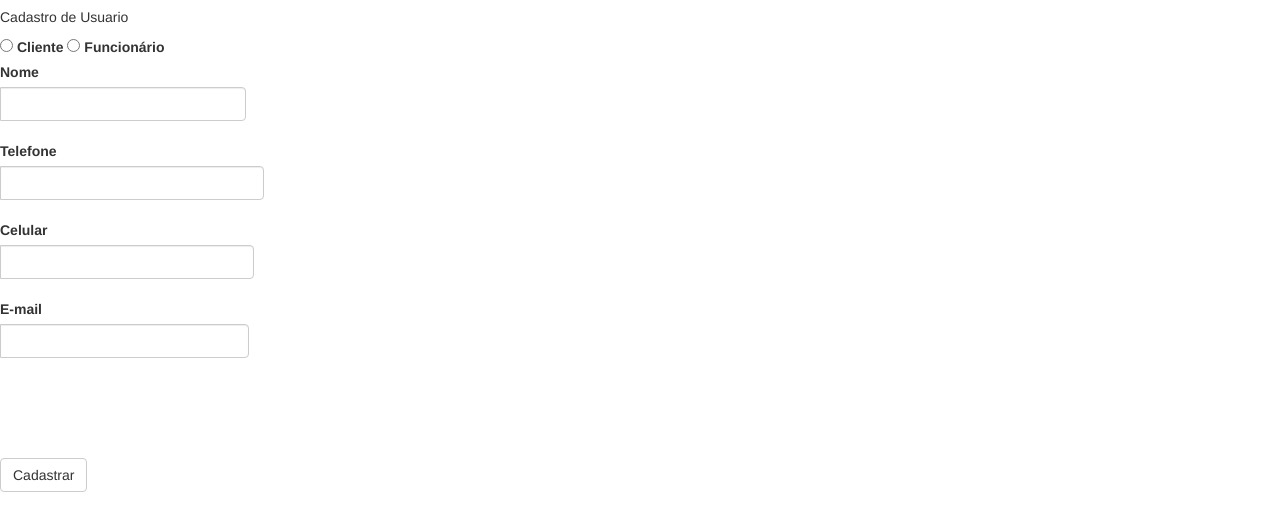
Repository: cadupedrassani/CursoDeJava
Page: Avaliação/BaseAPI/WebApp/src/main/webapp/usuario/cadastro.html
An editor plug-in stored every save of this project. The page is shown before and after the next save, followed by the edit.
The browser window is 1280 px wide. The pictures show the whole page.
The page's requests for data from a server got no answer.

Above is the page before, as saved 2016-12-07 18:50:40.

### Avaliação/BaseAPI/WebApp/src/main/webapp/usuario/cadastro.html
<!DOCTYPE html>
<html>
<head>
<meta charset="UTF-8">
<title>Insert title here</title>
<link rel="stylesheet" href="/WebApp/resources/css/bootstrap.min.css">
</head>
<body>
<div>
	<h5>Cadastro de Usuario</h5>
</div>

<div>
<label>
	<input type="radio"
			name="tipo-usuario"
			value="0"
			onchange="abilitarParaAparecer()"> Cliente
</label>
<label>
	<input type="radio"
			name="tipo-usuario"
			value="1"
			onchange="abilitarParaAparecer()"> Funcionário
</label>
</div>

<div class="input-group">
	<label>Nome</label>
	<input id="nome-usuario"
	       type="text"
	       class="form-control"></input>
</div>
</br>

<div class="input-group">
	<label>Telefone</label>
	<input id="telefone-usuario"
	       type="text"
	       class="form-control"></input>
</div>
</br>

<div class="input-group">
	<label>Celular</label>
	<input id="celular-usuario"
	       type="text"
	       class="form-control"></input>
</div>
</br>

<div class="input-group">
	<label>E-mail</label>
	<input id="email-usuario"
	       type="text"
	       class="form-control"></input>
</div>
</br>

<div class="input-group">
	<div id="endereco-usuario-container" />
</div>
</br>

<div id="salario-usuario-div" class="input-group" style="display:none">
	<label>Salário</label>
	<input id="salario-usuario"
	       type="text"
	       class="form-control"></input>
</div>
</br>

<div id="login-usuario-div" class="input-group" style="display:none">
	<label>Login</label>
	<input id="login-usuario"
	       type="text"
	       class="form-control"></input>
</div>
</br>

<div id="senha-usuario-div" class="input-group" style="display:none">
	<label>Senha</label>
	<input id="senha-usuario"
	       type="text"
	       class="form-control"></input>
</div>
</br>

<div class="input-group">
	<button id="cadastrar"
	        type="button"
	        class="btn btn-default gold"
	        onclick="cadastrarUsuario();">Cadastrar</button>
</div>

<div id="modal-mensagens" class="modal fade" tabindex="-1" role="dialog">
	<div class="modal-dialog" role="document">
		<div class="modal-content">
			<div class="modal-header">
				<h5 id="modal-title" class="modal-title"></h5>
			</div>
			<div class="modal-body">
				<label id="modal-mensagem"></label>
			</div>
			<div class="modal-footer">
				<button type="button"
						class="btn btn-default gold"
						data-dismiss="modal">OK</button>
			</div>
		</div>
	</div>
</div>

<script src="/WebApp/resources/js/jquery.min.js"></script>
<script src="/WebApp/resources/js/bootstrap.min.js"></script>
<script src="/WebApp/resources/js/default.js"></script>
<script src="/WebApp/resources/js/usuario.js"></script>
<script src="/WebApp/resources/js/endereco.combo.js"></script>

</body>
</html>

### Avaliação/BaseAPI/WebApp/src/main/webapp/resources/js/default.js

function abrirTelaCadastroCategoria(){
	var url = "/WebApp/categoria/cadastro.html";
	$.get(url, '', function(data){
		$('#conteudo-principal').html(data);
	})
}

function abrirTelaPesquisaCategoria(){
	var url = "/WebApp/categoria/pesquisa.html";
	$.get(url, '', function(data){
		$('#conteudo-principal').html(data)
	})
}

function abrirTelaCadastroEndereco(){
	var url = "/WebApp/endereco/cadastro.html";
	$.get(url, '', function(data){
		$('#conteudo-principal').html(data);
	})
}

function abrirTelaCadastroFilme(){
	var url = "/WebApp/filme/cadastro.html";
	$.get(url, '', function(data){
		$('#conteudo-principal').html(data);
	})
}

function abrirTelaCadastroUsuario(){
	var url = "/WebApp/usuario/cadastro.html";
	$.get(url, '', function(data){
		$('#conteudo-principal').html(data);
	})
}

### Avaliação/BaseAPI/WebApp/src/main/webapp/resources/js/endereco.combo.js
function listarEndereco(){
	var operacao = "/ControleAPI/endereco/listarEndereco";

	$.ajax({
		url: operacao
	}).done(function(data){

		var lista = data;
		var linhaTabela = '<label>Endereco</label>';
		linhaTabela += '<select id="endereco-usuario" class="form-control">';
		linhaTabela += '<option value="">Selecione...</option>';

		$('#endereco-usuario-container').html('');

		for(i=0; i < lista.length; i++){

			linhaTabela += '<option ';
			linhaTabela += 'value="' + lista[i].id + '">';
			linhaTabela += lista[i].estado;
			linhaTabela += " - " + lista[i].cidade;
			linhaTabela += '</option>';
		}
		linhaTabela += '</select>';

		$('#endereco-usuario-container').append(linhaTabela);
	})
}

$(document).ready(function(){
	listarEndereco();
})

Loaded but not shown: Avaliação/BaseAPI/WebApp/src/main/webapp/resources/css/bootstrap.min.css (library); Avaliação/BaseAPI/WebApp/src/main/webapp/resources/js/jquery.min.js (library); Avaliação/BaseAPI/WebApp/src/main/webapp/resources/js/bootstrap.min.js (library); Avaliação/BaseAPI/WebApp/src/main/webapp/resources/js/usuario.js (no copy from this time; the picture is the same without it)

After the next save:
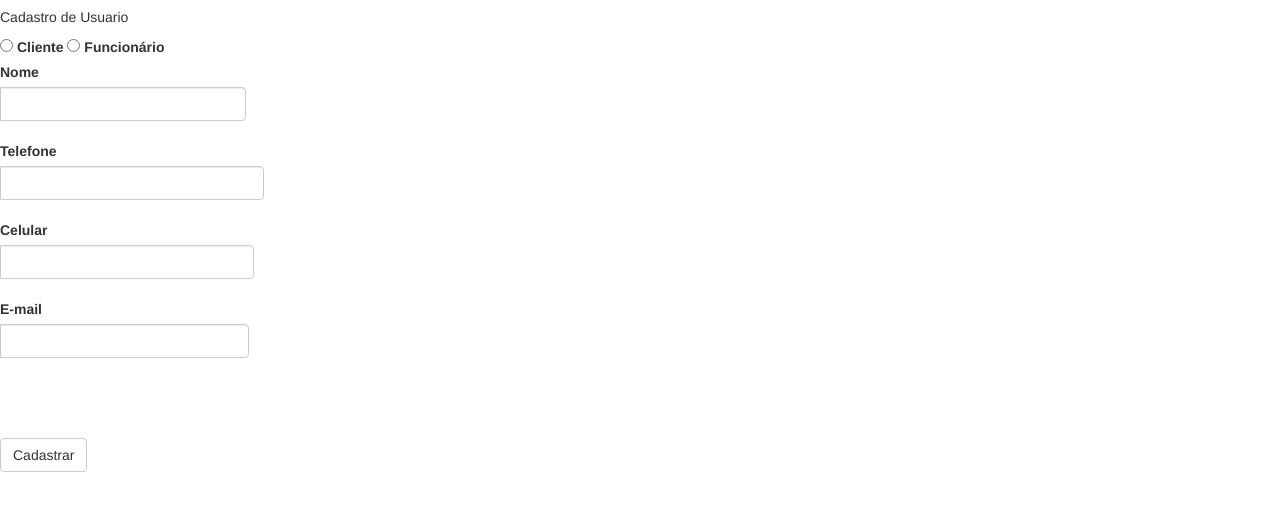
Saved 21 h 25 min later.
--- a/Avaliação/BaseAPI/WebApp/src/main/webapp/usuario/cadastro.html
+++ b/Avaliação/BaseAPI/WebApp/src/main/webapp/usuario/cadastro.html
@@ -54,11 +54,6 @@
 	<input id="email-usuario"
 	       type="text"
 	       class="form-control"></input>
-</div>
-</br>
-
-<div class="input-group">
-	<div id="endereco-usuario-container" />
 </div>
 </br>
 
